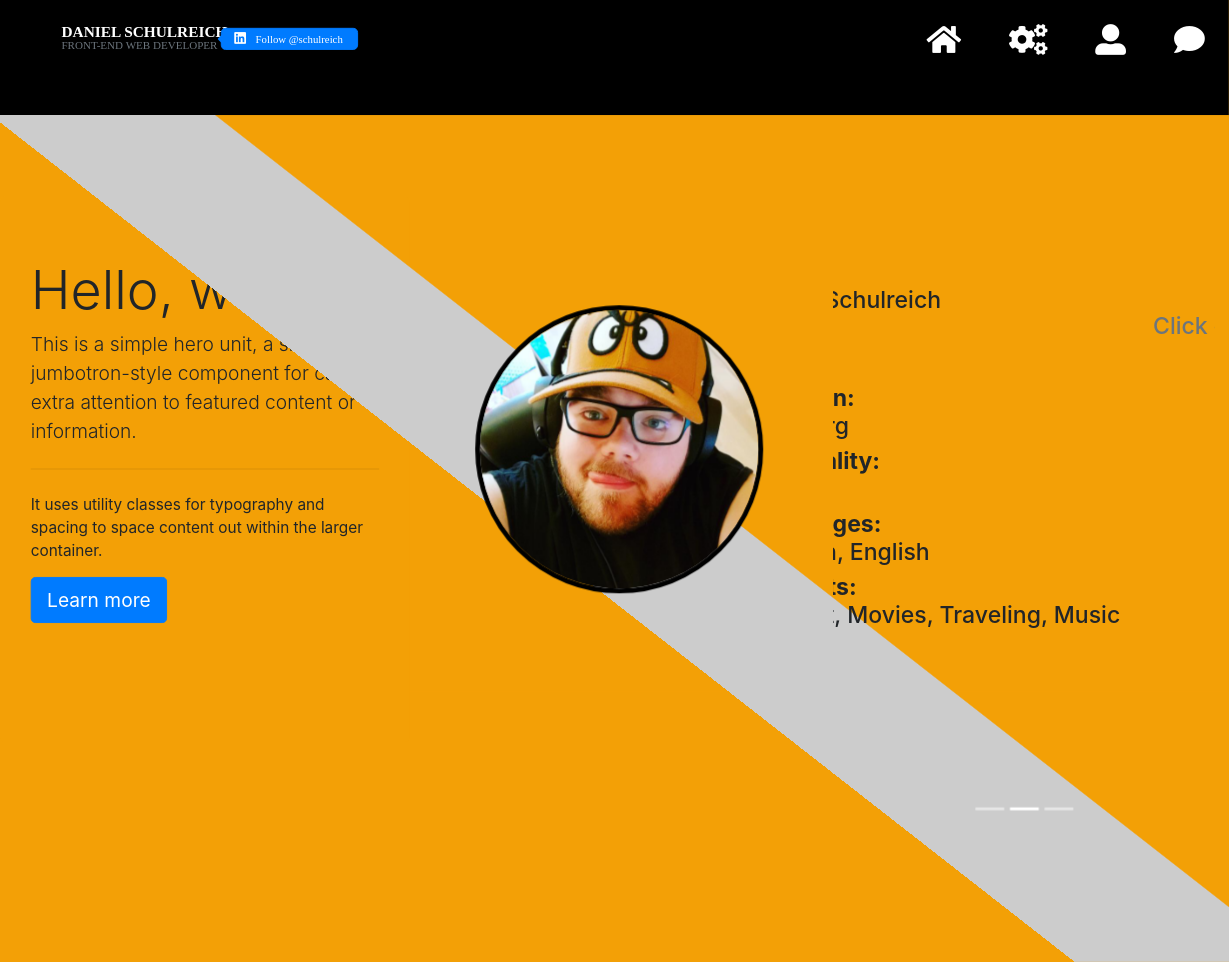
Repository: schulreich/my_portfolio
Page: portfolio.html
An editor plug-in stored every save of this project. The page is shown before and after the next save, followed by the edit.
The browser window is 1280 px wide. The pictures show the whole page, at 96% of full size.
Some web fonts or font styles are not loaded; a fallback is used. Some web libraries are served in a nearby version.

Above is the page before, as saved 2020-06-17 14:39:32.

After the next save:
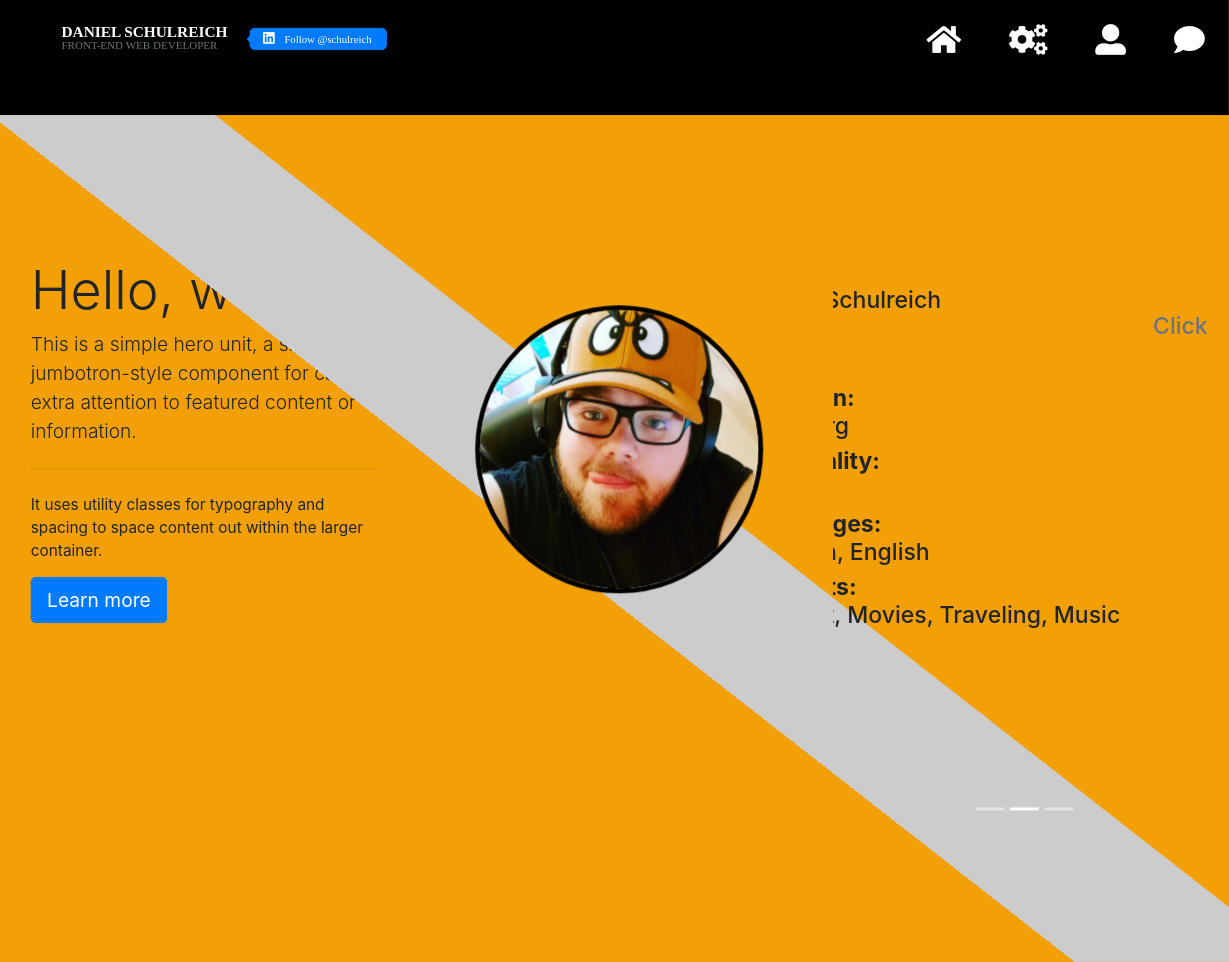
Saved 3 min 26 s later.
--- a/css/main.css
+++ b/css/main.css
@@ -57,7 +57,7 @@
 }
 header .follow {
   position: absolute;
-  left: 230px;
+  left: 260px;
   top: 4%;
   border-radius: 5px;
   padding-top: 0;
